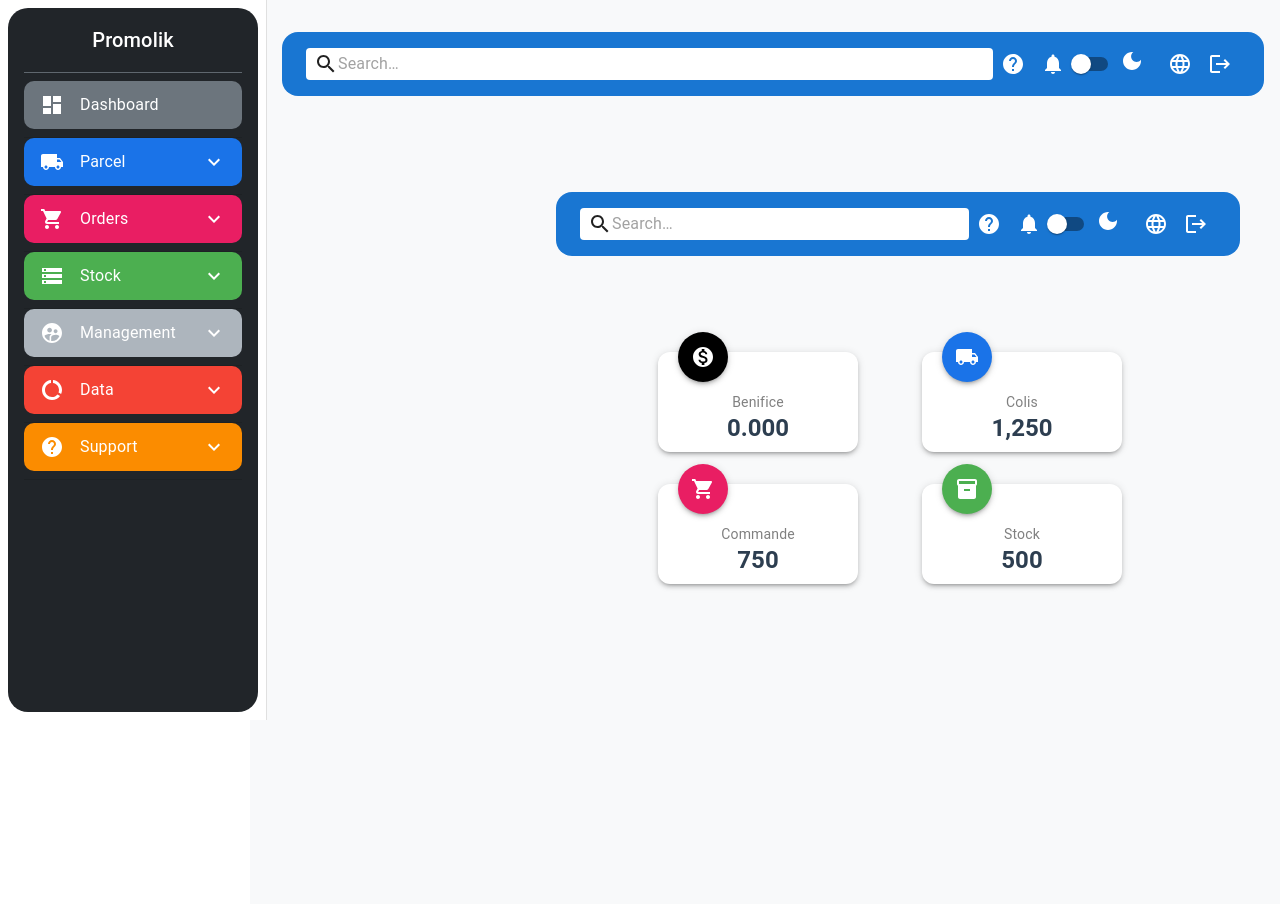
Repository: yosrjdly/stk
Page: /dashboard (app in dashboard/)
These files come from the project's save history. The page is drawn as it stood at one moment and after the next save; the edit follows.
The browser window is 1280 px wide. The pictures show the whole page.
The project was rebuilt for these pictures with package versions that can differ from the ones it lists, and the page was loaded fresh each time. The framework's server and built-in components were replaced by stand-ins that run in the browser. Also part of the build but not shown: dashboard/next.config.ts.

Above is the page before, as saved 2025-02-14 17:52:36.

After the next save:
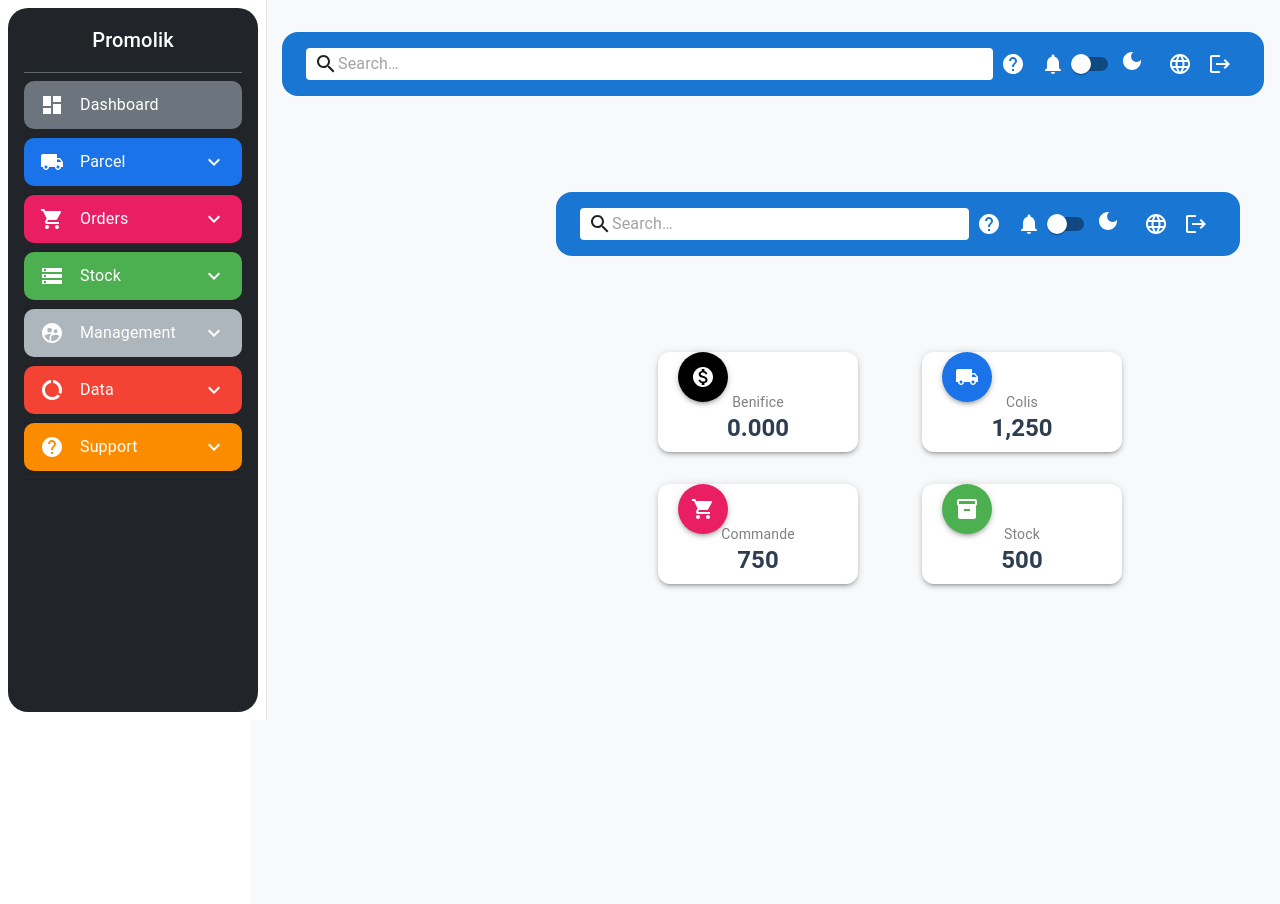
Saved 4 min 13 s later.
--- a/dashboard/src/componenets/cards/smallCard/StatisticCard.tsx
+++ b/dashboard/src/componenets/cards/smallCard/StatisticCard.tsx
@@ -24,7 +24,6 @@
       <Box
         sx={{
           position: 'absolute',
-          top: -20,
           left: 20,
           width: 50,
           height: 50,

After the save that followed:
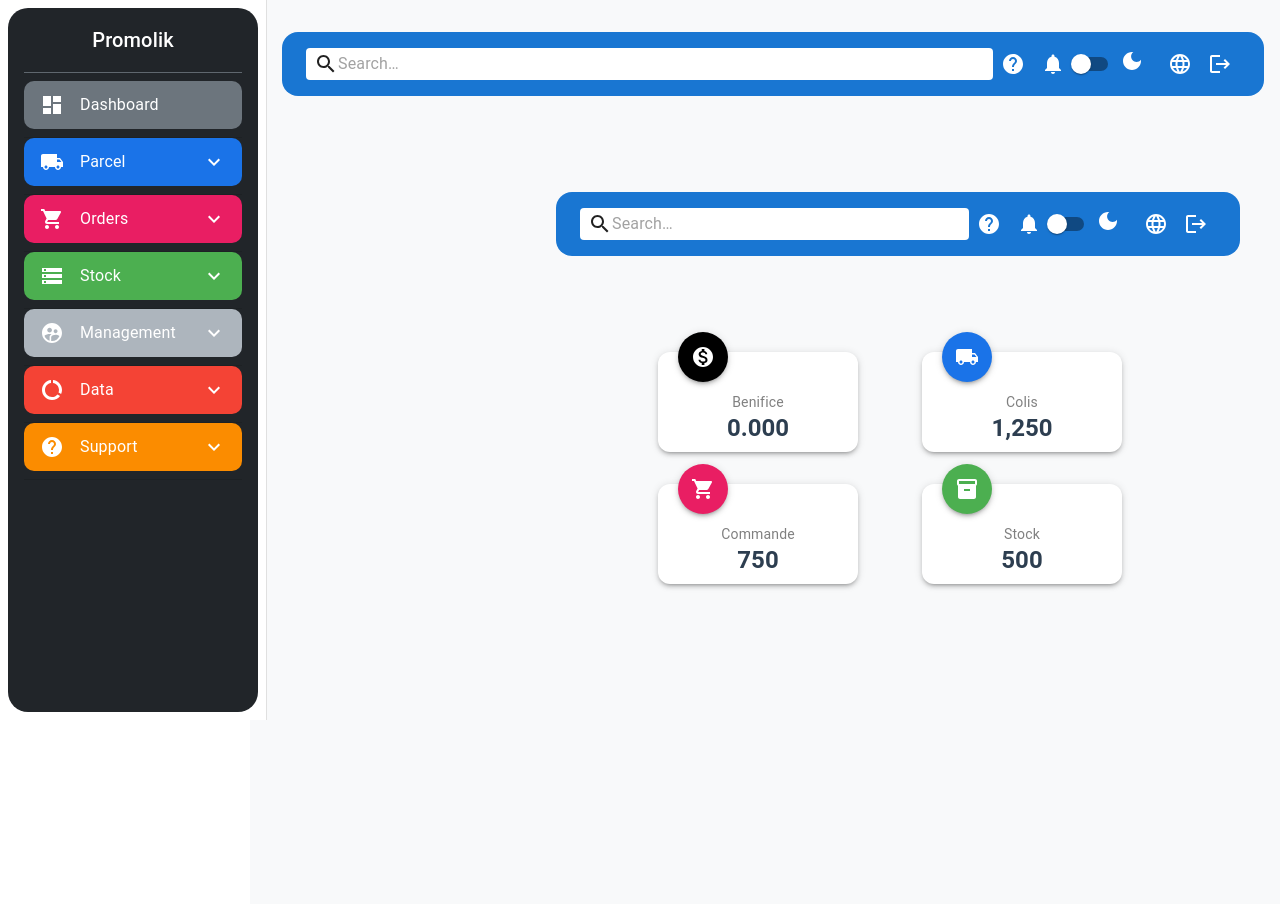
Saved 6 s later.
--- a/dashboard/src/componenets/cards/smallCard/StatisticCard.tsx
+++ b/dashboard/src/componenets/cards/smallCard/StatisticCard.tsx
@@ -24,6 +24,7 @@
       <Box
         sx={{
           position: 'absolute',
+          top: -20,
           left: 20,
           width: 50,
           height: 50,
